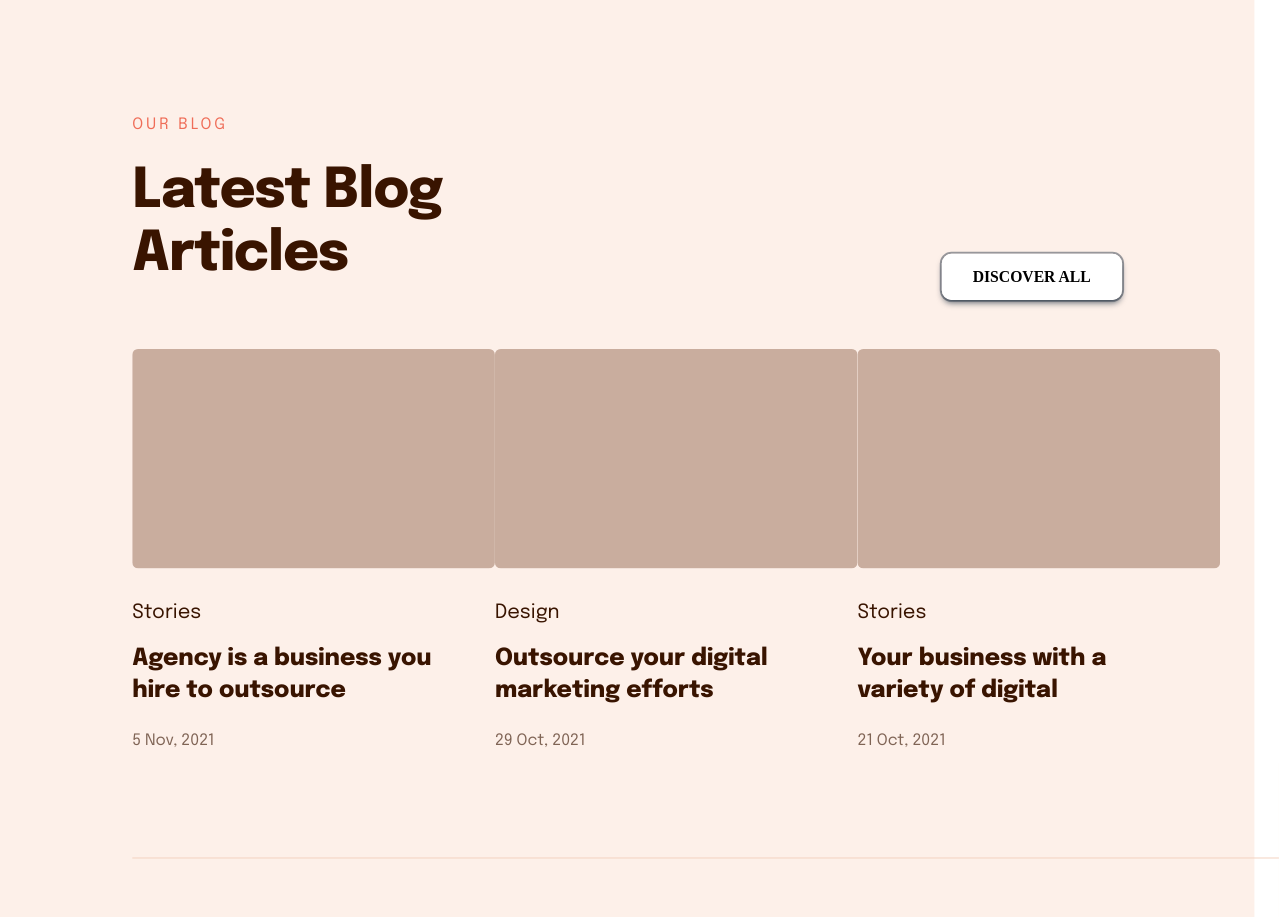
Repository: AytacJafarova/blog
Page: index.html
An editor plug-in stored every save of this project. The page is shown before and after a run of saves, followed by the edit.
The browser window is 1280 px wide. The page is 1305 px wide, so the pictures cover 1305 px, including what lies to the right of the window. The pictures show the whole page, at 98% of full size.

Above is the page before, as saved 2023-08-03 13:56:25.

After the next 3 saves:
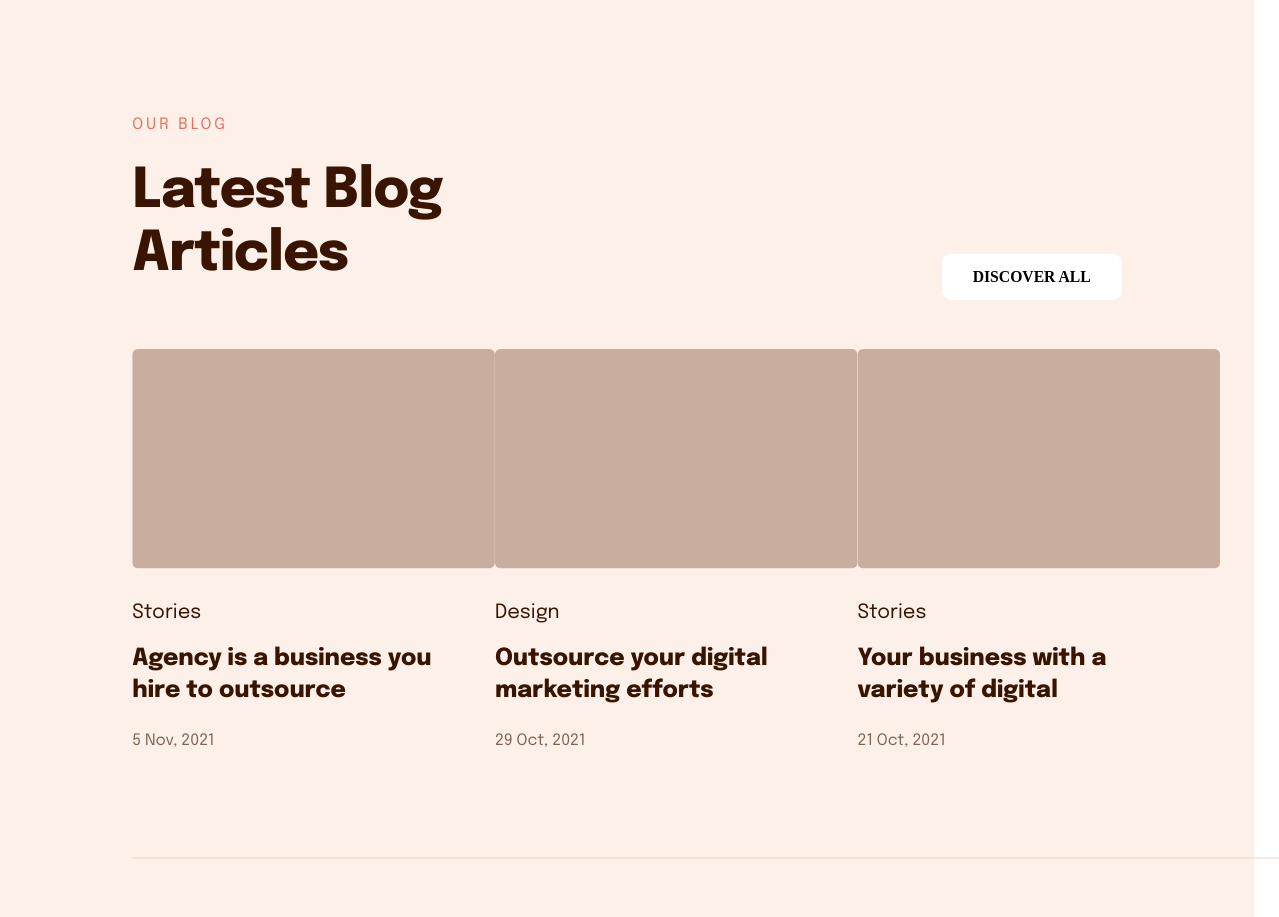
The 3 saves are shown as one change because they came seconds apart.
The last was saved 12 s later.
--- a/index.css
+++ b/index.css
@@ -57,9 +57,10 @@
     text-decoration: none;
     font-size: 16px;
     font-weight: bold;
-    box-shadow: rgba(6, 24, 44, 0.4) 0px 0px 0px 2px, rgba(6, 24, 44, 0.65) 0px 4px 6px -1px, rgba(255, 255, 255, 0.08) 0px 1px 0px inset;
 }
 .blog .box2  a:hover {
+    box-shadow: rgba(6, 24, 44, 0.4) 0px 0px 0px 2px, rgba(6, 24, 44, 0.65) 0px 4px 6px -1px, rgba(255, 255, 255, 0.08) 0px 1px 0px inset;
+
 }
 .about-us {
     margin-top: 64px;
